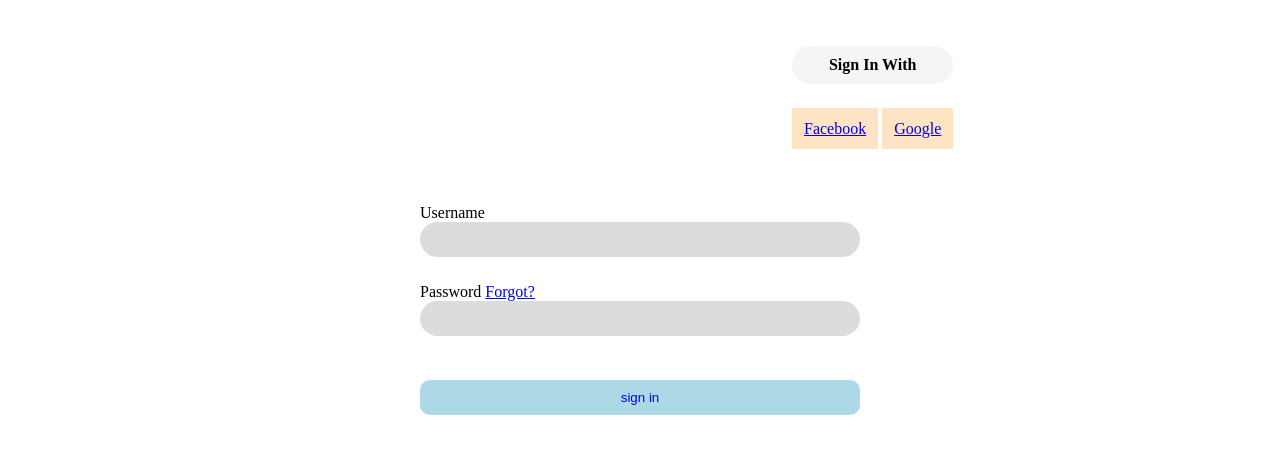
Repository: Tobby004/bdc-assignment-2
Page: index.html
The author's editor kept a copy of each file at every save. The page is drawn from the files as they stood at one save, then again after the next save.
The browser window is 1280 px wide. The pictures show the whole page.

Above is the page before, as saved 2023-02-11 07:24:02.

### index.html
<!DOCTYPE html>
<html lang="en">
<head>
    <meta charset="UTF-8">
    <meta http-equiv="X-UA-Compatible" content="IE=edge">
    <meta name="viewport" content="width=<device-width>, initial-scale=1.0">
    <title>Document</title>
    <link rel="stylesheet" href="task.css">
</head>
<body>
    <header>
    <div class="box-container">
        <div class="box1">
        <br>
            <b>
             Sign In With
            </b>
        <br>
        <br>
        <a href="#">
            Facebook</a>
            <a href="#">
                Google
            </a>
        </div>
            </div>
        </header>


        <div class="form-input">
        <p>Username
            <br>
            <input type="text" placeholder="" />
        </p>
         <p>Password
            <a href="#">Forgot?</a>
            <br>
            <input type="password" />
         </p>
         <br>
         <button>sign in</button>
        </div>

</body>
</html>

### task.css
*{
    box-sizing:border-box;
}
header{
    display: flex;
    padding: 20px;
    max-width: 500px;
    margin-left: auto;
    justify-content: space-between;
}
header b {
    background-color:whitesmoke ;
    display: flex;
    padding: 10px;
    border-radius: 40px;
    margin-right: auto;
    margin-left: auto;
    max-width: 500px;
    justify-content: center;
}
header a {
    display: flexbox;
    padding: 12px;
    background-color: bisque;
    width: 100%;
    max-width: 100px;
}
.form-input{
    display: block;
    max-width: 500px;
    height: 10px;
    padding: 30px;
    margin-left: auto;
    margin-right: auto;
}
input {
    background-color: gainsboro;
    display: flexbox;
    padding: 10px;
    width: 100%;
    border: none;

    border-radius: 30px;
    margin-bottom: 10px;
}
button {
    display: block;
    padding: 10px;
    width: 100%;
    border: none;
    color: blue;
    border-radius: 10px;
    background: lightblue;
}

After the next save:
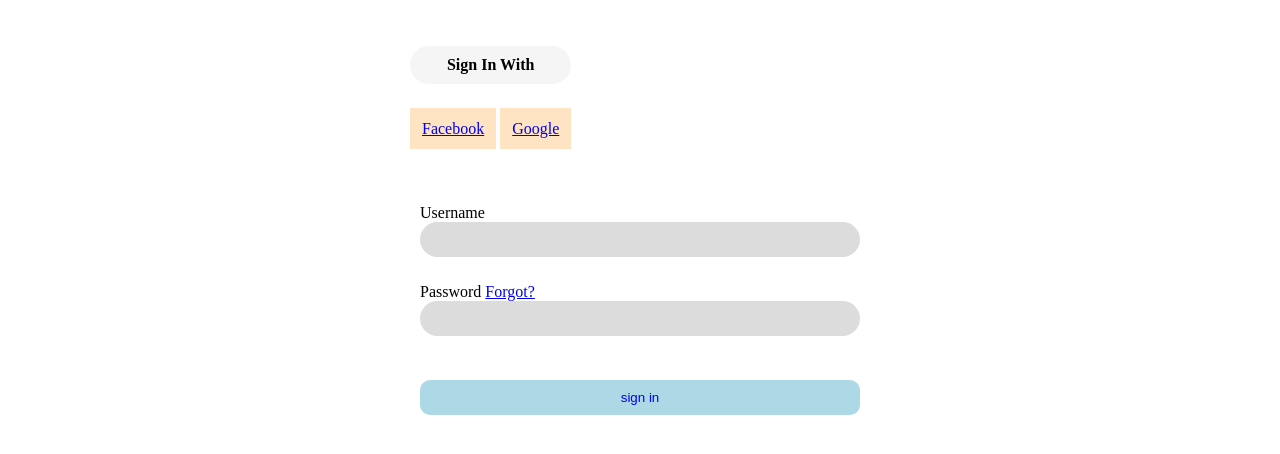
Saved 18 s later.
--- a/task.css
+++ b/task.css
@@ -6,6 +6,7 @@ header{
     padding: 20px;
     max-width: 500px;
     margin-left: auto;
+    margin-right: auto;
     justify-content: space-between;
 }
 header b {
